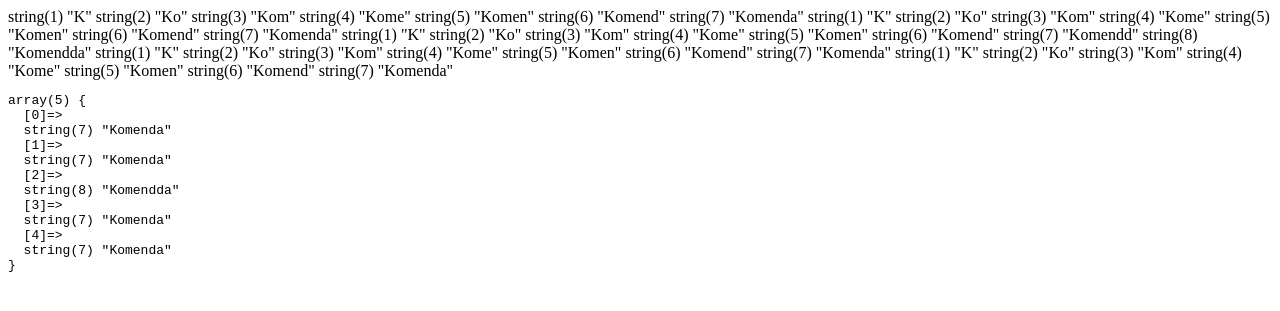
Repository: mahoone/revising_php
Page: http://localhost/Config.php
These files come from the project's save history. The page is drawn as it stood at one moment and after the next save; the edit follows.
The browser window is 1280 px wide. The pictures show the whole page.
The page is run by PHP 8.4 with error messages shown; the project is at /var/www/html/.

Above is the page before, as saved 2020-06-01 22:03:05.

After the next save:
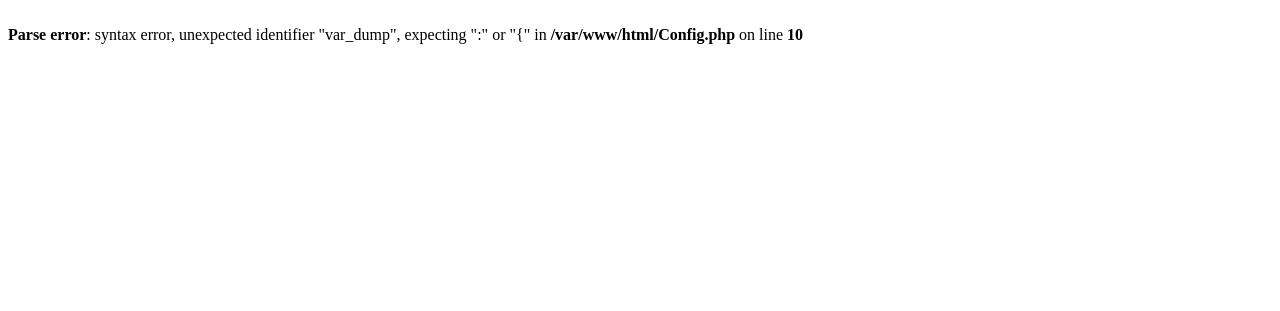
Saved 78 s later.
--- a/Config.php
+++ b/Config.php
@@ -7,6 +7,7 @@
 for($i = 0; $i < strlen($tekst); $i++)
 {
    switch($tekst[$i])
+   var_dump($tekst[$i]);
    {
         case ' ':
             continue 2;

After the save that followed:
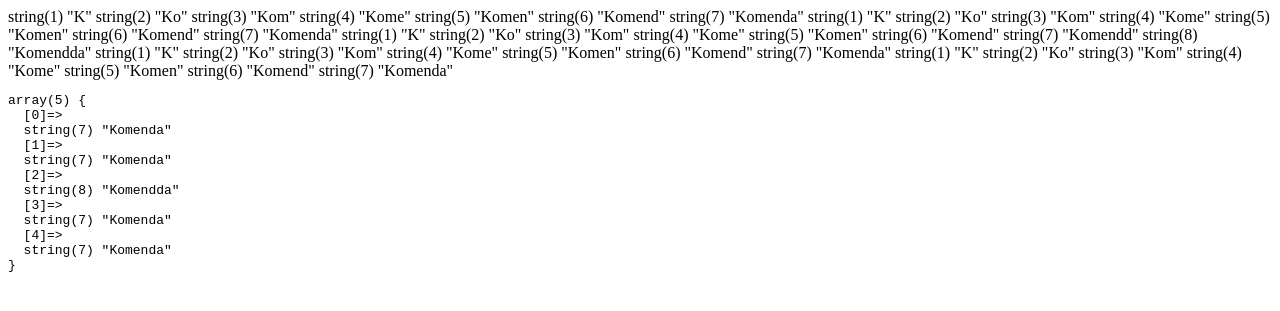
Saved 17 s later.
--- a/Config.php
+++ b/Config.php
@@ -7,7 +7,6 @@
 for($i = 0; $i < strlen($tekst); $i++)
 {
    switch($tekst[$i])
-   var_dump($tekst[$i]);
    {
         case ' ':
             continue 2;
